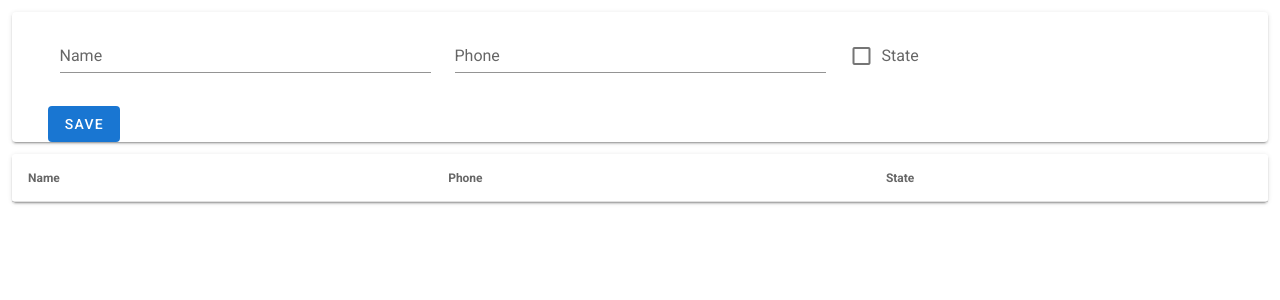
Repository: luchoCap/ContactVue-CRUD-StoryBook
Page: /
These files come from the project's save history. The page is drawn as it stood at one moment and after the next save; the edit follows.
The browser window is 1280 px wide. The pictures show the whole page.
The page's requests for data from a server got no answer. The project was rebuilt for these pictures with package versions that can differ from the ones it lists, and the page was loaded fresh each time. No one was signed in, and anything a server would have sent is missing. Also part of the build but not shown: vue.config.js.

Above is the page before, as saved 2020-11-23 21:59:32.

### src/App.vue
<template>
  <v-app>
    <v-main>
      <v-card class="ma-3">
        <ContactForm />
      </v-card>
      <v-card class="ma-3">
        <ContactList/>
      </v-card>

    </v-main>
  </v-app>
</template>

<script>
import ContactList from './components/Contact/ContactList'
import ContactForm from './components/Contact/ContactForm'

export default {
  name: 'App',

  components: {
    ContactList,
    ContactForm
  },

  data: () => ({
    //
  }),
};
</script>

### src/components/Contact/ContactList.vue
<template>
  <v-simple-table>
    <template v-slot:default>
      <thead>
        <tr>
          <th class="text-left">
            Name
          </th>
          <th class="text-left">
            Phone
          </th>
          <th class="text-left">
            State
          </th>
        </tr>
      </thead>
      <tbody>
        <tr
          v-for="item in contacts"
          :key="item.name"
        >
          <td>{{ item.name }}</td>
          <td>{{ item.phone }}</td>
          <td>{{ item.state }}</td>
        </tr>
      </tbody>
    </template>
  </v-simple-table>
</template>



<script>
import contactProvider from '../../providers/contactProvider'
  export default {
    data: () => ({
      contacts:[]
    }),
    mounted(){
        this.getContacts()
    },
    methods: {
      getContacts(){
          contactProvider.showContacts()
          .then((contacts) => {
              this.contacts = contacts
          })
          .catch((error) => console.log(error))
      }
    },
  }
</script>

### src/components/Contact/ContactForm.vue
<template>
  <v-form>
    <v-container>
      <v-row>
        <v-col
          cols="12"
          md="4"
        >
          <v-text-field
            v-model="name"
            label="Name"
            required
          ></v-text-field>
        </v-col>

        <v-col
          cols="12"
          md="4"
        >
          <v-text-field
            v-model="phone"
            label="Phone"
            required
          ></v-text-field>
        </v-col>

        <v-col
          cols="12"
          md="4"
        >
          <v-checkbox
            v-model="state"
            label="State"
        ></v-checkbox>
        </v-col>
      </v-row>
      <v-row>
        <v-btn
            depressed
            color="primary"
        >  Save
        </v-btn>
      </v-row>
    </v-container>
  </v-form>
</template>

<script>
  export default {
    data: () => ({
      name: '',
      phone: '',
      state:false,
    }),
  }
</script>

### src/providers/contactProvider.js
import axios from 'axios'

class contactProvider{

    createContact(form){
        return new Promise((resolve,reject) => {
            axios.post(process.env.VUE_APP_APIHOST+'/api/contact',form)
            .then((response) => {
                console.log(response)
                resolve(response.data);
            })
            .catch((error) => {
                console.error(error);
                reject(error)
                //@TODO Implementar manejo de error
            })
        })
    }

    editContact(id,form){
        return new Promise((resolve,reject) => {
            axios.put(process.env.VUE_APP_APIHOST+'/api/contact/:'+id,form)
            .then((response) => {
                console.log(response)
                resolve(response.data);
            })
            .catch((error) => {
                console.error(error);
                reject(error)
                //@TODO Implementar manejo de error
            })
        })
    }

    deleteContact(id){
        return new Promise((resolve,reject) => {
            axios.put(process.env.VUE_APP_APIHOST+'/api/contact/:'+id)
            .then((response) => {
                console.log(response)
                resolve(response.data);
            })
            .catch((error) => {
                console.error(error);
                reject(error)
                //@TODO Implementar manejo de error
            })
        })
    }

    showContacts(){
        return new Promise((resolve,reject) => {
            axios.get(process.env.VUE_APP_APIHOST+'/api/contact')
            .then((response) => {
                console.log(response)
                resolve(response.data);
            })
            .catch((error) => {
                console.error(error);
                reject(error)
                //@TODO Implementar manejo de error
            })
        })
    }
}


export default new contactProvider()

Loaded but not shown: public/index.html (common file); src/main.js (common file); src/plugins/vuetify.js (common file)

After the next save:
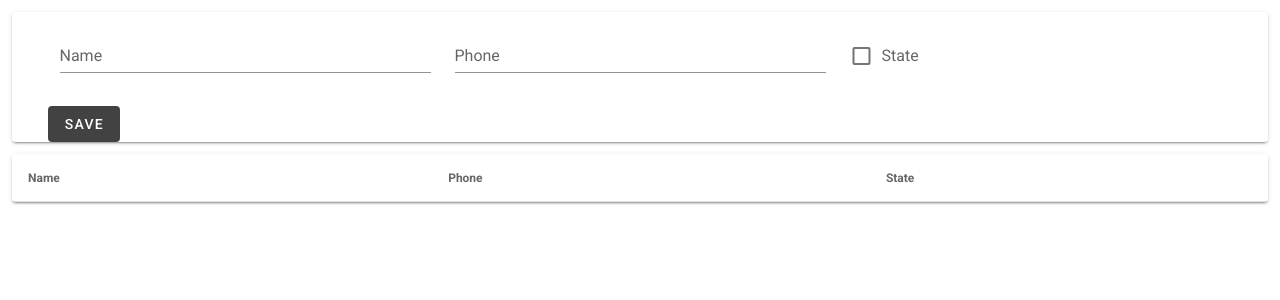
Saved 64 s later.
--- a/src/components/Contact/ContactForm.vue
+++ b/src/components/Contact/ContactForm.vue
@@ -37,7 +37,7 @@
       <v-row>
         <v-btn
             depressed
-            color="primary"
+            color="secondary"
         >  Save
         </v-btn>
       </v-row>
